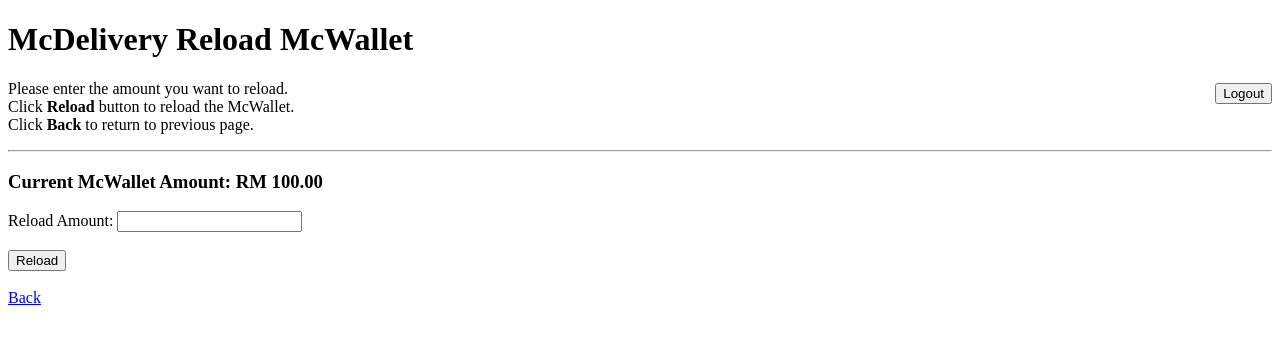
Repository: Jeck97/Mcdonald-Delivery-System
Page: http://localhost/McDelivery/reloadMcWallet/reloadMcWalletForm.jsp
The author's editor kept a copy of each file at every save. The page is drawn from the files as they stood at one save, then again after the next save.
The browser window is 1280 px wide. The pictures show the whole page.
The page is served by Tomcat 9. Other server files are loaded and not shown.

Above is the page before, as saved 2020-07-12 17:34:59.

### McDelivery/WebContent/reloadMcWallet/reloadMcWalletForm.jsp
<%@page import="mcdelivery.model.Customer"%>
<%@ page language="java" contentType="text/html; charset=ISO-8859-1"
    pageEncoding="ISO-8859-1"%>

<%
	// Get the customer from session
	Customer customer = (Customer) request.getSession().getAttribute("customer");

	// Trace the previous URL path
	String tracedPath = request.getHeader("referer");

	// Set the path into session
	request.setAttribute("tracedPath", tracedPath);
%>

<!DOCTYPE html>
<html>
<head>
<meta charset="ISO-8859-1">
<title>Reload Page</title>
</head>
<body>

	<h1>McDelivery Reload McWallet</h1>

	<span style="font-size:20px;"><!--%= customer.getUsername() %--></span>

	<a href="../logout/logoutServlet" style="font-size:20px; float:right;"><button>Logout</button></a>

	<p>
		Please enter the amount you want to reload.<br>
		Click <b>Reload</b> button to reload the McWallet.<br>
		Click <b>Back</b> to return to previous page.
	</P>

	<hr>

	<h3>Current McWallet Amount: RM 100.00</h3>

	<form action="reloadMcWalletServlet" method="post">

		<label for="amount">Reload Amount:</label>
		<input type="number" id="amount" name="amount" step="0.01" min="10" title="Minimum reload amount is RM 10.00" required><br><br>

		<input type="submit" value="Reload">

	</form>

	<br>

	<a href="<%= tracedPath %>">Back</a>

</body>
</html>

After the next save:
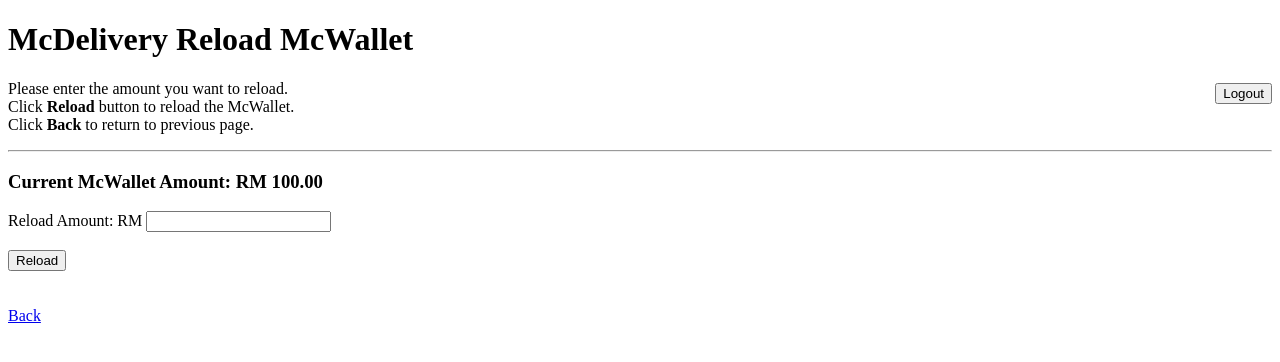
Saved 14 s later.
--- a/McDelivery/WebContent/reloadMcWallet/reloadMcWalletForm.jsp
+++ b/McDelivery/WebContent/reloadMcWallet/reloadMcWalletForm.jsp
@@ -39,14 +39,14 @@
 
 	<form action="reloadMcWalletServlet" method="post">
 
-		<label for="amount">Reload Amount:</label>
+		<label for="amount">Reload Amount: RM</label>
 		<input type="number" id="amount" name="amount" step="0.01" min="10" title="Minimum reload amount is RM 10.00" required><br><br>
 
 		<input type="submit" value="Reload">
 
 	</form>
 
-	<br>
+	<br><br>
 
 	<a href="<%= tracedPath %>">Back</a>
 
